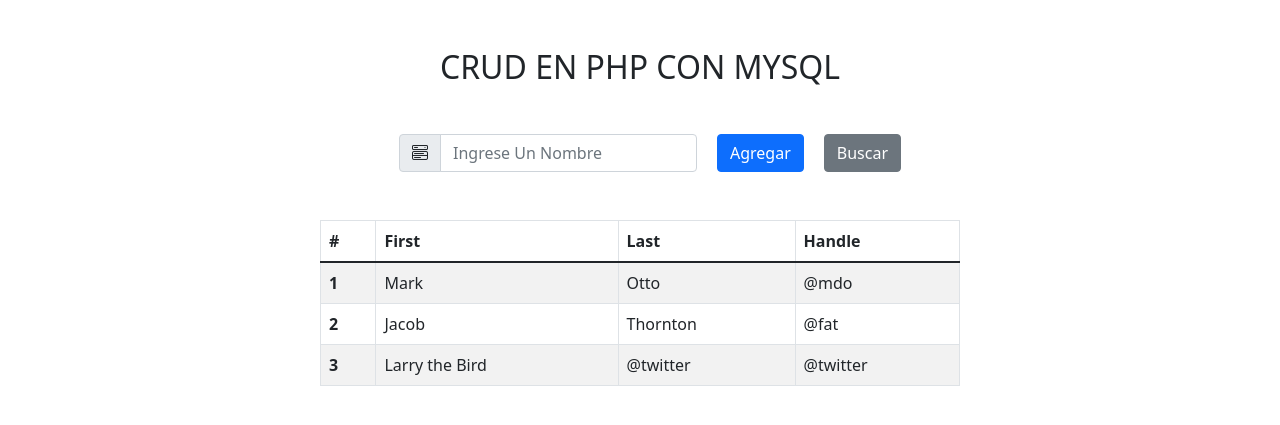
Repository: nder1996/CRUD_SENCILLO
Page: http://localhost/
An editor plug-in stored every save of this project. The page is shown before and after the next save, followed by the edit.
The browser window is 1280 px wide. The pictures show the whole page.
The page is run by PHP 8.4 with error messages shown; the project is at /var/www/html/.

Above is the page before, as saved 2021-10-04 20:10:42.

After the next save:
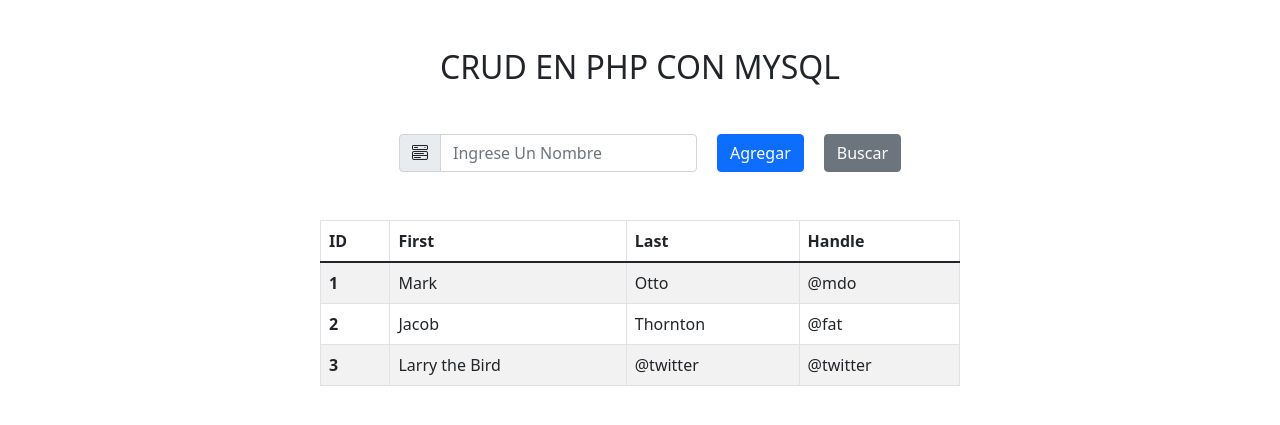
Saved 53 s later.
--- a/CRUD - SILENCIADO/index.php
+++ b/CRUD - SILENCIADO/index.php
@@ -30,7 +30,7 @@
             <table class="table mt-5 table-bordered table-striped">
                 <thead>
                     <tr>
-                      <th scope="col">#</th>
+                      <th scope="col">ID</th>
                       <th scope="col">First</th>
                       <th scope="col">Last</th>
                       <th scope="col">Handle</th>
